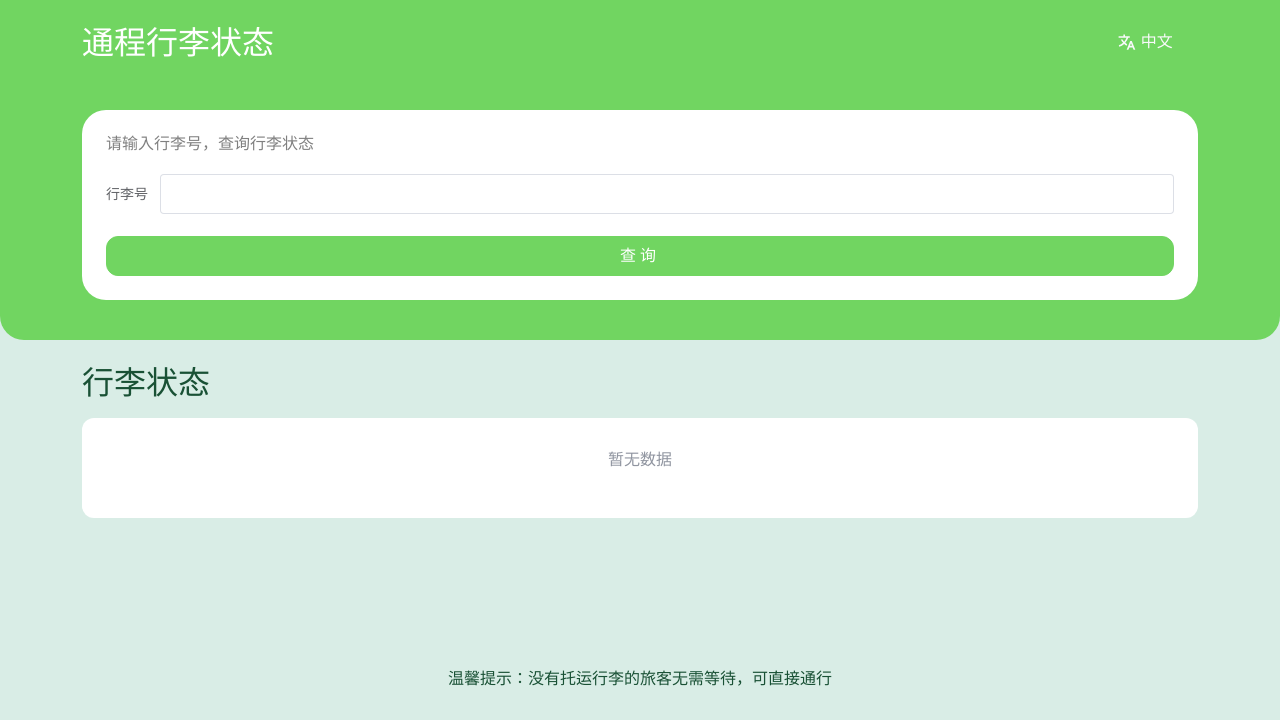
Repository: jhonMacTavish/through-baggage-web
Page: /
These files come from the project's save history. The page is drawn as it stood at one moment and after a run of saves; the edit follows.
The browser window is 1280 px wide. The pictures show the whole page.
The project was rebuilt for these pictures with package versions that can differ from the ones it lists, and the page was loaded fresh each time. Also part of the build but not shown: vite.config.js, src/components/Main copy.vue, src/components/Main.vue, src/components/NavBar.vue, src/components/Scanner.vue, src/views/Scanner.vue. Imported but missing from the stored project, and not drawn on this page: src/assets/icons/GlobeIcon.vue, src/assets/icons/LogoIcon.vue, src/assets/icons/ProfileIcon.vue, src/assets/icons/QuestionIcon.vue.

Above is the page before, as saved 2025-03-14 15:31:44.

### index.html
<!--
 * @Author: error: error: git config user.name & please set dead value or install git && error: git config user.email & please set dead value or install git & please set dead value or install git
 * @Date: 2025-02-23 17:18:54
 * @LastEditors: jhon.mactavish96 jhon.mactavish96@gmail.com
 * @LastEditTime: 2025-02-26 14:51:23
 * @FilePath: \through_baggage_webt:\Projects\VS Code\vue-bootstrap-master\index.html
 * @Description: 这是默认设置,请设置`customMade`, 打开koroFileHeader查看配置 进行设置: https://github.com/OBKoro1/koro1FileHeader/wiki/%E9%85%8D%E7%BD%AE
-->
<!doctype html>
<html lang="en">
  <head>
    <meta charset="UTF-8" />
    <!-- <link rel="icon" type="image/svg+xml" href="/vite.svg" /> -->
    <meta name="viewport" content="width=device-width, initial-scale=1.0, maximum-scale=1.0 user-scalable=0" />
    <title>Through Check-in Baggage Status Inquiry Page</title>
  </head>
  <body>
    <div id="app" style="min-width: 375px;"></div>
    <script type="module" src="/src/main.js"></script>
  </body>
</html>

### src/main.js
/*
 * @Author: error: error: git config user.name & please set dead value or install git && error: git config user.email & please set dead value or install git & please set dead value or install git
 * @Date: 2025-02-23 17:18:54
 * @LastEditors: jhon.mactavish96 jhon.mactavish96@gmail.com
 * @LastEditTime: 2025-02-24 20:18:29
 * @FilePath: \through_baggage_webt:\Projects\VS Code\vue-bootstrap-master\src\main.js
 * @Description: 这是默认设置,请设置`customMade`, 打开koroFileHeader查看配置 进行设置: https://github.com/OBKoro1/koro1FileHeader/wiki/%E9%85%8D%E7%BD%AE
 */
import { createApp } from 'vue';
import router from './router';
// import PrimeVue from 'primevue/config';
// import AnimateOnScroll from 'primevue/animateonscroll';

// Import all of Bootstrap's CSS
import "bootstrap/dist/css/bootstrap.css";
// import 'primevue/resources/themes/aura-light-green/theme.css'
import './style.css';
import App from './App.vue';
import i18n from './i18n';


const app = createApp(App);

app.use(i18n);
app.use(router)
// app.use(PrimeVue);
// app.directive('animateonscroll', AnimateOnScroll);
app.mount('#app');

import 'bootstrap/dist/js/bootstrap';

### src/router/index.js
/*
 * @Author: jhon.mactavish96 jhon.mactavish96@gmail.com
 * @Date: 2025-02-24 19:48:52
 * @LastEditors: jhon.mactavish96 jhon.mactavish96@gmail.com
 * @LastEditTime: 2025-02-24 20:41:52
 * @FilePath: \sheepnavigationt:\Projects\VS Code\vue-bootstrap-master\src\router\index.js
 * @Description: 这是默认设置,请设置`customMade`, 打开koroFileHeader查看配置 进行设置: https://github.com/OBKoro1/koro1FileHeader/wiki/%E9%85%8D%E7%BD%AE
 */
import { createRouter, createWebHistory } from 'vue-router'
// 导入组件
import Home from '../views/Home.vue'
import Scanner from '../views/Scanner.vue'

const routes = [
  { path: '/', name: 'Home', component: Home, meta: { keepAlive: true} },
  { path: '/scanner', name: 'Scanner', component: Scanner, meta: { keepAlive: false} }
]

const router = createRouter({
  history: createWebHistory(),
  routes,
})

export default router

### src/style.css
@import url('https://fonts.googleapis.com/css2?family=Montserrat:ital,wght@0,100..900;1,100..900&display=swap');

* {
  margin: 0;
  padding: 0;
  box-sizing: border-box;
}

body {
    font-family: "Montserrat", sans-serif;
    background-color: #D9EDE6;
}

#app{
  position: relative;
  height: 100vh;
}

### src/App.vue
<!--
 * @Author: error: error: git config user.name & please set dead value or install git && error: git config user.email & please set dead value or install git & please set dead value or install git
 * @Date: 2025-02-23 17:18:54
 * @LastEditors: jhon.mactavish96 jhon.mactavish96@gmail.com
 * @LastEditTime: 2025-02-24 20:18:56
 * @FilePath: \through_baggage_webt:\Projects\VS Code\vue-bootstrap-master\src\App.vue
 * @Description: 这是默认设置,请设置`customMade`, 打开koroFileHeader查看配置 进行设置: https://github.com/OBKoro1/koro1FileHeader/wiki/%E9%85%8D%E7%BD%AE
-->
<script setup>
import Home from "./views/Home.vue";
</script>

<template>
    <router-view></router-view>
</template>

<style scoped></style>

### src/i18n/index.js
/*
 * @Author: error: error: git config user.name & please set dead value or install git && error: git config user.email & please set dead value or install git & please set dead value or install git
 * @Date: 2025-02-24 00:19:55
 * @LastEditors: error: error: git config user.name & please set dead value or install git && error: git config user.email & please set dead value or install git & please set dead value or install git
 * @LastEditTime: 2025-02-24 00:49:13
 * @FilePath: \through_baggage_webt:\Projects\VS Code\vue-bootstrap-master\src\i18n\index.js
 * @Description: 这是默认设置,请设置`customMade`, 打开koroFileHeader查看配置 进行设置: https://github.com/OBKoro1/koro1FileHeader/wiki/%E9%85%8D%E7%BD%AE
 */
import { createI18n } from 'vue-i18n';
import messages from './messages';

const i18n = createI18n({
    legacy: false,
    locale: localStorage.getItem('lang') || 'zh',
    messages,
});

export default i18n;

### src/views/Home.vue
<!--
 * @Author: error: error: git config user.name & please set dead value or install git && error: git config user.email & please set dead value or install git & please set dead value or install git
 * @Date: 2025-02-23 20:06:20
 * @LastEditors: john_mactavish 981192661@qq.com
 * @LastEditTime: 2025-03-03 15:28:31
 * @FilePath: \through_baggage_webt:\Projects\VS Code\vue-bootstrap-master\src\components\Main.vue
 * @Description: 这是默认设置,请设置`customMade`, 打开koroFileHeader查看配置 进行设置: https://github.com/OBKoro1/koro1FileHeader/wiki/%E9%85%8D%E7%BD%AE
-->
<template>
  <section class="p-4 pb-3 bg-green">
    <div class="container d-flex justify-content-between align-items-center">
      <!-- <h2 class="text-center text-white" :style="`font-size: ${locale == 'en'? '16px': ''}`" >{{$t('messages.prompText.pageTitle')}}</h2> -->
      <h2 v-if="locale == 'zh'" class="text-center text-white">
        {{ $t("messages.prompText.pageTitle") }}
      </h2>
      <h6 v-else class="text-center text-white">
        {{ $t("messages.prompText.pageTitle") }}
      </h6>
      <div class="select-group">
        <el-dropdown size="large" trigger="click" style="margin: 2px 0 0 4px; font-size: 16px">
          <span class="el-dropdown-link text-light">
            <svg data-v-f414ea64="" viewBox="0 0 24 24" width="1.2em" height="1.2em">
              <path fill="currentColor"
                d="m18.5 10l4.4 11h-2.155l-1.201-3h-4.09l-1.199 3h-2.154L16.5 10h2zM10 2v2h6v2h-1.968a18.222 18.222 0 0 1-3.62 6.301a14.864 14.864 0 0 0 2.336 1.707l-.751 1.878A17.015 17.015 0 0 1 9 13.725a16.676 16.676 0 0 1-6.201 3.548l-.536-1.929a14.7 14.7 0 0 0 5.327-3.042A18.078 18.078 0 0 1 4.767 8h2.24A16.032 16.032 0 0 0 9 10.877a16.165 16.165 0 0 0 2.91-4.876L2 6V4h6V2h2zm7.5 10.885L16.253 16h2.492L17.5 12.885z">
              </path>
            </svg>
            {{ $t(`messages.langs.${locale}`) }}
            <el-icon class="el-icon--right">
              <i-ep-Arrow-down />
            </el-icon>
          </span>
          <template #dropdown>
            <el-dropdown-menu>
              <el-dropdown-item @click="changeLang('zh')">中文</el-dropdown-item>
              <el-dropdown-item @click="changeLang('en')">English</el-dropdown-item>
            </el-dropdown-menu>
          </template>
        </el-dropdown>
      </div>
    </div>
  </section>

  <section class="p-4 bg-green rd-form">
    <div class="container">
      <div class="p-4 form-bg">
        <h6 class="form-title">{{ $t("messages.userText.formTitle") }}</h6>
        <el-form ref="ruleFormRef" :model="ruleForm" status-icon :rules="rules" label-width="auto">
          <!-- <el-form-item
            class="item-marginBt"
            size="large"
            :label="$t('messages.userText.formInfo.passportNo')"
            prop="pptNo"
          >
            <el-input
              v-model="ruleForm.pptNo"
              maxlength="9"
              :formatter="(value) => value.toUpperCase()"
            >
              <template #prefix>
                <i-ep-Postcard />
              </template>
            </el-input>
          </el-form-item>
          <el-form-item
            class="item-marginBt"
            size="large"
            :label="$t('messages.userText.formInfo.flightNo')"
            prop="fltNo"
          >
            <el-input
              v-model="ruleForm.fltNo"
              maxlength="6"
              :formatter="(value) => value.toUpperCase()"
            >
              <template #prefix>
                <i-ep-Calendar />
              </template>
            </el-input>
          </el-form-item>
          <el-form-item
            class="item-marginBt"
            size="large"
            :label="$t('messages.userText.formInfo.seatNo')"
            prop="setNo"
          >
            <el-input
              v-model="ruleForm.setNo"
              maxlength="4"
              :formatter="(value) => value.toUpperCase()"
            >
              <template #prefix>
                <i-ep-PriceTag />
              </template>
            </el-input>
          </el-form-item> -->
          <el-form-item class="item-marginBt" size="large" :label="$t('messages.userText.formInfo.baggageNo')"
            prop="bagNo">
            <el-input v-model="ruleForm.bagNo" maxlength="10" :formatter="(value) => value.toUpperCase()">
              <template #prefix>
                <i-ep-Suitcase />
              </template>
              <template #suffix>
                <i-ep-FullScreen @click="openScan" />
              </template>
            </el-input>
          </el-form-item>
          <el-form-item size="large">
            <el-button :class="`w-100 ${!clickable ? 'submitBtn' : ''}`" :disabled="clickable"
              @click="submitForm(ruleFormRef)" @keyup.enter.native="submitForm(ruleFormRef)">
              <text :style="`
    letter-spacing: ${locale == 'zh' ? '4px' : ''};`">{{ $t("messages.userText.formButton") }} {{ !clickable ? '' : `
                ${secondes} s` }}</text>
            </el-button>
          </el-form-item>
        </el-form>
      </div>
    </div>
  </section>

  <section class="p-4 flex1">
    <div class="container">
      <h2 v-if="locale == 'zh'" class="info-title mb-3">
        {{ $t("messages.baggageText.stateTitle") }}
      </h2>
      <h6 v-else class="info-title mb-3">
        {{ $t("messages.baggageText.stateTitle") }}
      </h6>
      <div v-loading="loading" class="info-content p-4 d-flex justify-content-center align-items-center">
        <p :class="`text-center ${bagStyle}`">
          {{ $t(`messages.baggageText.stateInfo.${bagStat}.str1`) }}<br /><span class="attention">{{
            $t(`messages.baggageText.stateInfo.${bagStat}.str2`) }}</span>
        </p>
      </div>
    </div>
  </section>

  <footer class="p-4 text-center w-100">
    <div class="container">
      <h6>{{ $t("messages.prompText.pageFooter") }}</h6>
    </div>
  </footer>
  <!-- <Scanner/> -->
</template>

<script lang="ts" setup>
// import Scanner from "./Scanner.vue";
import { useRoute, useRouter } from "vue-router";
import { onBeforeMount, onMounted, reactive, ref } from "vue";
import type { FormInstance, FormRules } from "element-plus";
import axios from "axios";
import { useI18n } from "vue-i18n";
import { watch } from 'vue';
// 在调用 ElMessage 的组件中添加样式导入
import 'element-plus/es/components/message/style/css'
import { ElMessage } from 'element-plus'

const route = useRoute();
const router = useRouter();
const { locale, t } = useI18n();
const ruleFormRef = ref<FormInstance>();
const bagStat = ref(0);
const bagStyle = ref("");
const clickable = ref(false);
const secondes = ref(5);
const loading = ref(false);
const timer = ref(0);

// 表单验证规则
const createValidator = (pattern: RegExp, errorMsg: string) => {
  return (_rule: any, value: string, callback: any) => {
    if (!pattern.test(value)) {
      callback(new Error(errorMsg));
    } else {
      callback();
    }
  };
};

const ruleForm = reactive({
  pptNo: "",
  fltNo: "",
  setNo: "",
  bagNo: "",
});

const rules: FormRules<typeof ruleForm> = {
  pptNo: [
    {
      validator: createValidator(
        /^[G|E|P|S|D|C]\d{8}$/,
        t("messages.userText.validateText.passportNo")
      ),
      trigger: "blur",
    },
  ],
  fltNo: [
    {
      validator: createValidator(
        /^[A-Z]{2}\d{3,4}$/,
        t("messages.userText.validateText.flightNo")
      ),
      trigger: "blur",
    },
  ],
  setNo: [
    {
      validator: createValidator(
        /^\d{1,3}[A-Z]$/,
        t("messages.userText.validateText.seatNo")
      ),
      trigger: "blur",
    },
  ],
  bagNo: [
    {
      validator: createValidator(
        /^\d{10}$/,
        t("messages.userText.validateText.baggageNo")
      ),
      trigger: "blur",
    },
  ],
};


const changeLang = (type: string) => {
  console.log(type);
  locale.value = type;
  localStorage.setItem("lang", type);

  rules.pptNo[0].validator = createValidator(
    /^[G|E|P|S|D|C]\d{8}$/,
    t("messages.userText.validateText.passportNo")
  );
  rules.fltNo[0].validator = createValidator(
    /^[A-Z]{2}\d{3,4}$/,
    t("messages.userText.validateText.flightNo")
  );
  rules.setNo[0].validator = createValidator(
    /^\d{1,3}[A-Z]$/,
    t("messages.userText.validateText.seatNo")
  );
  rules.bagNo[0].validator = createValidator(
    /^\d{10}$/,
    t("messages.userText.validateText.baggageNo")
  );
};

const btnClickable = () => {
  loading.value = true;
  clickable.value = true;

  timer.value = setInterval(() => {
    secondes.value -= 1;

    if (secondes.value === 0) {
      clickable.value = false;
      loading.value = false;
      secondes.value = 5;
      clearInterval(timer.value);
    }
  }, 1000);
}

const submitForm = async (formEl: FormInstance | undefined) => {
  if (!formEl) return;
  const valid = await formEl.validate();
  if (valid) {
    const { bagNo } = ruleForm;
    const params = { bagNo };
    btnClickable();
    try {
      await axios.get("/api/baggages/status", { params }).then((res) => {
        console.log(res.data);
        loading.value = false;
        const data = res.data;

        if (data.status === 200) {
          const status = data.data;
          switch (status.baggageStatus) {
            case 'SAFE':
              bagStat.value = 1;
              console.log(bagStat.value);
              break;
            case 'NO_BAGGAGE':
              bagStat.value = 2;
              console.log(bagStat.value);
              break;
            case 'NO_TC':
              bagStat.value = 3;
              console.log(bagStat.value);
              break;
            case 'NO_RESULT':
              bagStat.value = 4;
              console.log(bagStat.value);
              break;
            case 'PROCESSING':
              bagStat.value = 4;
              console.log(bagStat.value);
              break;
            case 'NO_RECORD':
              bagStat.value = 5;
              console.log(bagStat.value);
              break;
            default:
              console.log("default");
              break;
          }

          switch (status.passStatus) {
            case 'PASS':
              bagStyle.value = "pass";
              break;
            case 'WAIT':
              bagStyle.value = "wait";
              break;
            default:
              break;
          }
        } else {
          // bagStyle.value = "wait";
          // bagStat.value = 5;
          // console.log(bagStat.value);
          loading.value = false;
          ElMessage.error('server error');
        }
      });
    } catch (error) {
      console.log("axios failed");
      console.log('错误详情:', error);
      loading.value = false;
      ElMessage.error('server error');
    }
  }
};

const openScan = () => {
  console.log("openScan");
  router.push('/scanner');
};

watch(
  () => route.query.bagNo,
  (newVal) => {
    if (newVal) ruleForm.bagNo = newVal as string;
  }
);

onBeforeMount(() => { });

onMounted(() => {
  console.log(route.query.bagNo);
  if (route.query.bagNo) {
    ruleForm.bagNo = route.query.bagNo as string;
  }
});
</script>

<style lang="less" scoped>
:deep(.el-loading-spinner .circular .path) {
  stroke: #71d561 !important;
}

:deep(.el-button.is-disabled) {
  border-radius: 12px;
  border-color: #71d561 !important;
  /* 重置为默认边框色 */
  background-color: var(--el-button-bg-color, #9d9d9d) !important;
  /* 重置为默认背景色 */
  color: var(--el-button-text-color, #606266) !important;
  /* 默认文字颜色 */
  border-color: var(--el-button-border-color, #dcdfe6) !important;
  opacity: 1 !important;
  /* 取消透明度 */
  cursor: not-allowed !important;
  /* 可选：保留禁用光标 */
}

.pass {
  color: #71d561;
}

.wait {
  color: #f5a623;
}

.bg-green {
  background-color: #71d561;
}

.rd-form {
  padding-bottom: 40px !important;
  border-bottom-left-radius: 24px;
  border-bottom-right-radius: 24px;
}

.item-marginBt {
  // margin-bottom: 20px;
}

.el-form-item:last-child {
  margin: 0;
}

.form-bg {
  background-color: white;
  border-radius: 24px;

  .form-title {
    color: gray;
    margin-bottom: 20px;
  }
}

.submitBtn {
  border-radius: 12px;
  color: white;
  background-color: #71d561;
  border: solid 1px #71d561;

  text {
    font-size: 16px;
  }
}

.info-title {
  color: #195135;
  // font-size: 24px;
}

.info-content {
  width: 100%;
  height: 100px;
  border-radius: 12px;
  font-size: 16px;
  color: #9095a0;
  background-color: white;

  .attention {
    font-size: 24px;
    font-weight: bold;
  }
}

.select-group {
  position: relative;
  top: -4px;
  color: white;
  // font-weight: bold;
  // top: 20px;
  // right: 0;
}

.flex1 {
  flex: 1;
}

footer {
  position: absolute;
  bottom: 0;
  color: #195135;
}
</style>

### src/i18n/messages.js
/*
 * @Author: error: error: git config user.name & please set dead value or install git && error: git config user.email & please set dead value or install git & please set dead value or install git
 * @Date: 2025-02-24 00:48:16
 * @LastEditors: error: error: git config user.name & please set dead value or install git && error: git config user.email & please set dead value or install git & please set dead value or install git
 * @LastEditTime: 2025-02-24 01:03:11
 * @FilePath: \through_baggage_webt:\Projects\VS Code\vue-bootstrap-master\src\i18n\messages.js
 * @Description: 这是默认设置,请设置`customMade`, 打开koroFileHeader查看配置 进行设置: https://github.com/OBKoro1/koro1FileHeader/wiki/%E9%85%8D%E7%BD%AE
 */
import zh from './langs/zh';
import en from './langs/en';

export default {
    zh,
    en,
};

### src/i18n/langs/zh.js
/*
 * @Author: error: error: git config user.name & please set dead value or install git && error: git config user.email & please set dead value or install git & please set dead value or install git
 * @Date: 2025-02-24 00:23:07
 * @LastEditors: jhon.mactavish96 jhon.mactavish96@gmail.com
 * @LastEditTime: 2025-03-14 15:31:39
 * @FilePath: \through_baggage_webt:\Projects\VS Code\vue-bootstrap-master\src\i18n\langs\zh.js
 * @Description: 这是默认设置,请设置`customMade`, 打开koroFileHeader查看配置 进行设置: https://github.com/OBKoro1/koro1FileHeader/wiki/%E9%85%8D%E7%BD%AE
 */
export default {
  messages: {
    langs: {
      en: "English",
      zh: "中文",
    },

    prompText: {
      switchLang: "切换语言",
      pageTitle: "通程行李状态",
      pageFooter: "温馨提示：没有托运行李的旅客无需等待，可直接通行",
    },

    baggageText: {
      stateTitle: "行李状态",
      stateInfo: {
        0: { str1: "暂无数据", str2: "" },
        1: { str1: "您的行李已确认安全，", str2: "请通行" },
        2: { str1: "您没有托运行李，", str2: "请通行" },
        3: { str1: "请联系航空公司工作人员协助处理", str2: "" },
        4: { str1: "您的行李尚未完全通过检查，", str2: "请耐心等待" },
        5: { str1: "未查询到行李信息，\n请核实条码号是否正确", str2: "" },
      },
    },

    userText: {
      formTitle: "请输入行李号，查询行李状态",
      formInfo: {
        passportNo: "护照号",
        flightNo: "航班号",
        seatNo: "座位号",
        baggageNo: "行李号"
      },
      validateText: {
        passportNo: "请输入正确的护照号",
        flightNo: "请输入正确的航班号",
        seatNo: "请输入正确的座位号",
        baggageNo: "请输入10位数字的行李号"
      },
      formButton: "查询",
    },
  },
};

### src/i18n/langs/en.js
/*
 * @Author: error: error: git config user.name & please set dead value or install git && error: git config user.email & please set dead value or install git & please set dead value or install git
 * @Date: 2025-02-24 00:23:07
 * @LastEditors: jhon.mactavish96 jhon.mactavish96@gmail.com
 * @LastEditTime: 2025-03-14 15:31:44
 * @FilePath: \through_baggage_webt:\Projects\VS Code\vue-bootstrap-master\src\i18n\langs\zh.js
 * @Description: 这是默认设置,请设置`customMade`, 打开koroFileHeader查看配置 进行设置: https://github.com/OBKoro1/koro1FileHeader/wiki/%E9%85%8D%E7%BD%AE
 */
export default {
  messages: {
    langs: {
      en: "English",
      zh: "中文",
    },

    prompText: {
      switchLang: "Switch language",
      pageTitle: "Through baggage status",
      pageFooter: "Tips: Passengers without checked baggage can pass directly without waiting",
    },

    baggageText: {
      stateTitle: "Baggage status",
      stateInfo: {
        0: { str1: "No data", str2: "" },
        1: { str1: "Your baggage has been confirmed safe,", str2: "Please pass" },
        2: { str1: "You have no checked baggage,", str2: "Please pass" },
        3: { str1: "Please contact the airline staff for assistance", str2: "" },
        4: { str1: "Your baggage has not yet been fully screened,", str2: "Please wait" },
        5: { str1: "No baggage information was found, please verify the baggage No.", str2: "" },
      },
    },

    userText: {
      formTitle: "Please enter your baggage No. to check your baggage status",
      formInfo: {
        passportNo: "Passport No.",
        flightNo: "Flight No.",
        seatNo: "Seat No.",
        baggageNo: "BAG No."
      },
      validateText: {
        passportNo: "Enter your passport No.",
        flightNo: "Enter your flight No.",
        seatNo: "Enter your seat No.",
        baggageNo: "Enter 10-digit baggage No."
      },
      formButton: "Submit",
    },
  },
};

After the next 2 saves:
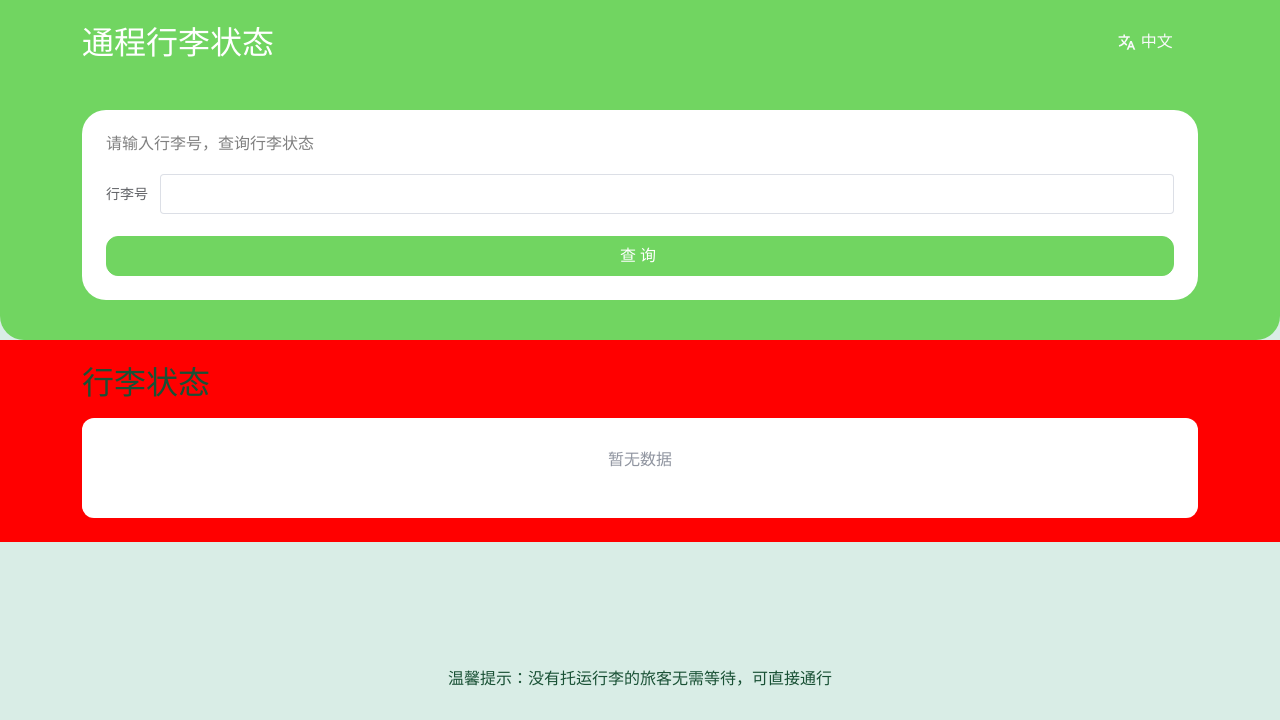
The 2 saves are shown as one change because they came seconds apart.
The last was saved 23 h 4 min later.
--- a/src/views/Home.vue
+++ b/src/views/Home.vue
@@ -2,7 +2,7 @@
  * @Author: error: error: git config user.name & please set dead value or install git && error: git config user.email & please set dead value or install git & please set dead value or install git
  * @Date: 2025-02-23 20:06:20
  * @LastEditors: john_mactavish 981192661@qq.com
- * @LastEditTime: 2025-03-03 15:28:31
+ * @LastEditTime: 2025-03-15 14:36:01
  * @FilePath: \through_baggage_webt:\Projects\VS Code\vue-bootstrap-master\src\components\Main.vue
  * @Description: 这是默认设置,请设置`customMade`, 打开koroFileHeader查看配置 进行设置: https://github.com/OBKoro1/koro1FileHeader/wiki/%E9%85%8D%E7%BD%AE
 -->
@@ -453,6 +453,7 @@ onMounted(() => {
 
 .flex1 {
   flex: 1;
+  background-color: red;
 }
 
 footer {
